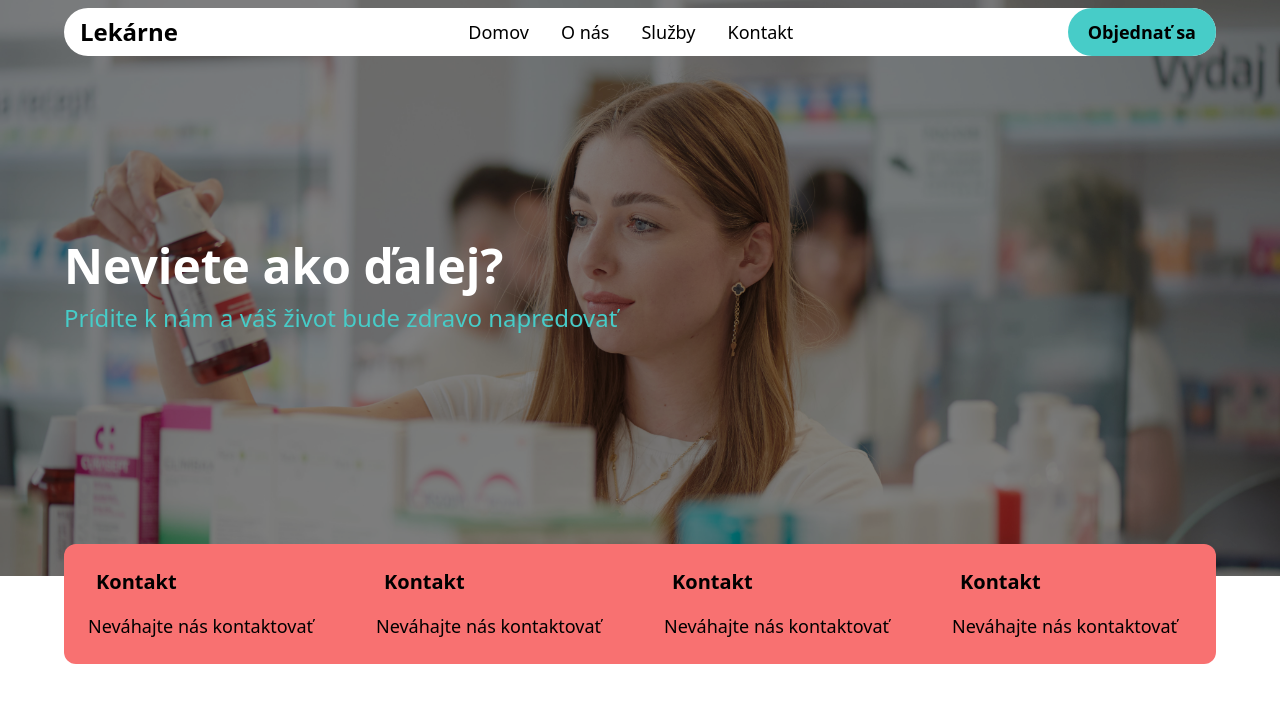
Repository: SimonSkoda13/Lekaren
Page: /
The author's editor kept a copy of each file at every save. The page is drawn from the files as they stood at one save, then again after a run of saves.
The browser window is 1280 px wide. The pictures show the whole page.
The project was rebuilt for these pictures with package versions that can differ from the ones it lists, and the page was loaded fresh each time. The framework's server and built-in components were replaced by stand-ins that run in the browser. Also part of the build but not shown: next.config.js.

Above is the page before, as saved 2023-04-22 17:49:55.

After the next 2 saves:
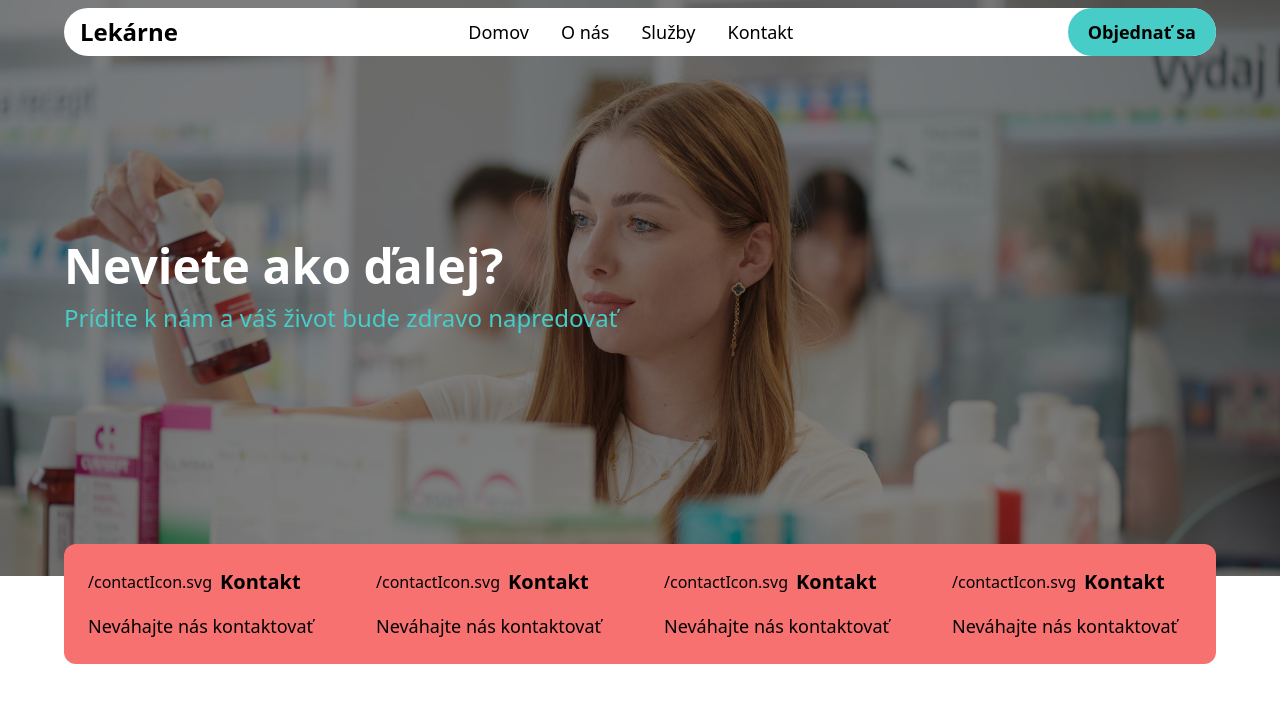
The 2 saves are shown as one change because 1 did not build or start.
The last was saved 61 s later.
--- a/src/app/components/Contact/Contact.tsx
+++ b/src/app/components/Contact/Contact.tsx
@@ -24,7 +24,7 @@ export const Contact = (props: ContactProps) => {
             height={100}
           /> */}
             <div className="flex flex-row gap-2 items-center">
-              <icon size={30} className="stroke-primary" />
+              {item.icon}
               <h2 className="text-xl font-bold">{item.title}</h2>
             </div>
             <p className="text-lg font-medium">{item.description}</p>
